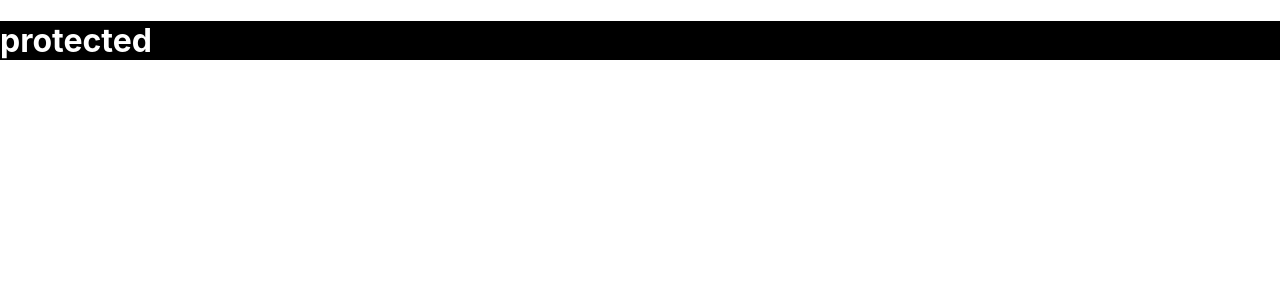
Repository: SeungYn/react-nomad
Page: / (app in styled-components/)
The author's editor kept a copy of each file at every save. The page is drawn from the files as they stood at one save, then again after the next save.
The browser window is 1280 px wide. The pictures show the whole page.
The project was rebuilt for these pictures with package versions that can differ from the ones it lists, and the page was loaded fresh each time. Also part of the build but not shown: styled-components/src/screens/About.tsx.

Above is the page before, as saved 2023-01-02 22:23:57.

### styled-components/src/index.tsx
import React from 'react';
import ReactDOM from 'react-dom/client';
import './index.css';
import App from './App';
import { ThemeProvider, withTheme } from 'styled-components';
import { darkTheme, lightTheme, theme } from './theme';
const root = ReactDOM.createRoot(
  document.getElementById('root') as HTMLElement
);

root.render(
  <React.StrictMode>
    <ThemeProvider theme={darkTheme}>
      <App />
    </ThemeProvider>
  </React.StrictMode>
);

### styled-components/src/App.tsx
import React, { useState } from 'react';
import styled, { keyframes } from 'styled-components';
import Circle from './Circle';
const Container = styled.div`
  background-color: ${(props) => props.theme.bgColor};
  color: ${(props) => props.theme.textColor};
`;
const H1 = styled.h1``;
function App() {
  return (
    <Container>
      <H1>protected</H1>
    </Container>
  );
}

export default App;

### styled-components/src/theme.ts
import { DefaultTheme } from 'styled-components';

export const theme: DefaultTheme = {
  bgColor: 'white',
  textColor: 'black',
  btnColor: 'tomato',
};

export const lightTheme: DefaultTheme = {
  bgColor: 'white',
  textColor: 'black',
  btnColor: 'tomato',
};

export const darkTheme: DefaultTheme = {
  bgColor: 'black',
  textColor: 'white',
  btnColor: 'teal',
};

### styled-components/src/Router.tsx
import { BrowserRouter, Route, Routes } from 'react-router-dom';
import Header from './components/Header';
import About from './screens/About';
import Home from './screens/Home';

export default function Router() {
  return (
    <BrowserRouter>
      <Header />
      <Routes>
        <Route path='/' element={<Home />} />
        <Route path='/about' element={<About />} />
      </Routes>
    </BrowserRouter>
  );
}

### styled-components/src/components/Header.tsx
import { Link } from 'react-router-dom';

export default function Header() {
  return (
    <header>
      <ul>
        <li>
          <Link to={'/'}>Home</Link>
        </li>
        <li>
          <Link to={'/about'}>Home</Link>
        </li>
      </ul>
    </header>
  );
}

Loaded but not shown: styled-components/public/index.html (common file); styled-components/src/index.css (common file); styled-components/src/screens/Home.tsx (common file)

After the next save:
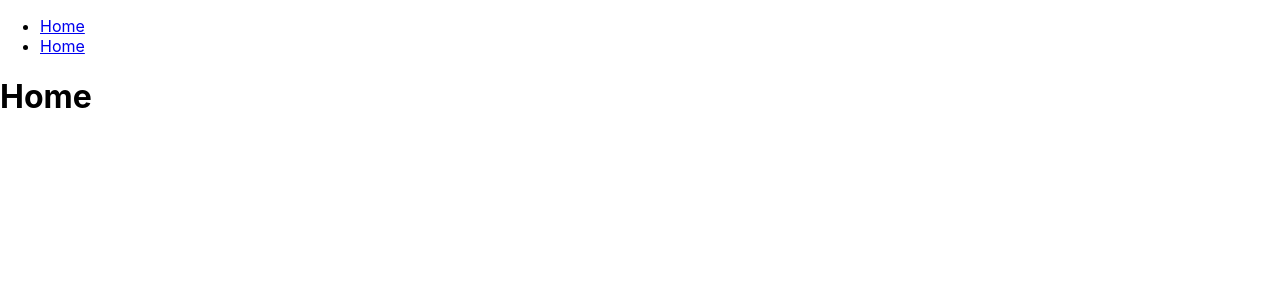
Saved 50 s later.
--- a/styled-components/src/App.tsx
+++ b/styled-components/src/App.tsx
@@ -1,17 +1,14 @@
 import React, { useState } from 'react';
 import styled, { keyframes } from 'styled-components';
 import Circle from './Circle';
+import Router from './Router';
 const Container = styled.div`
   background-color: ${(props) => props.theme.bgColor};
   color: ${(props) => props.theme.textColor};
 `;
 const H1 = styled.h1``;
 function App() {
-  return (
-    <Container>
-      <H1>protected</H1>
-    </Container>
-  );
+  return <Router />;
 }
 
 export default App;
